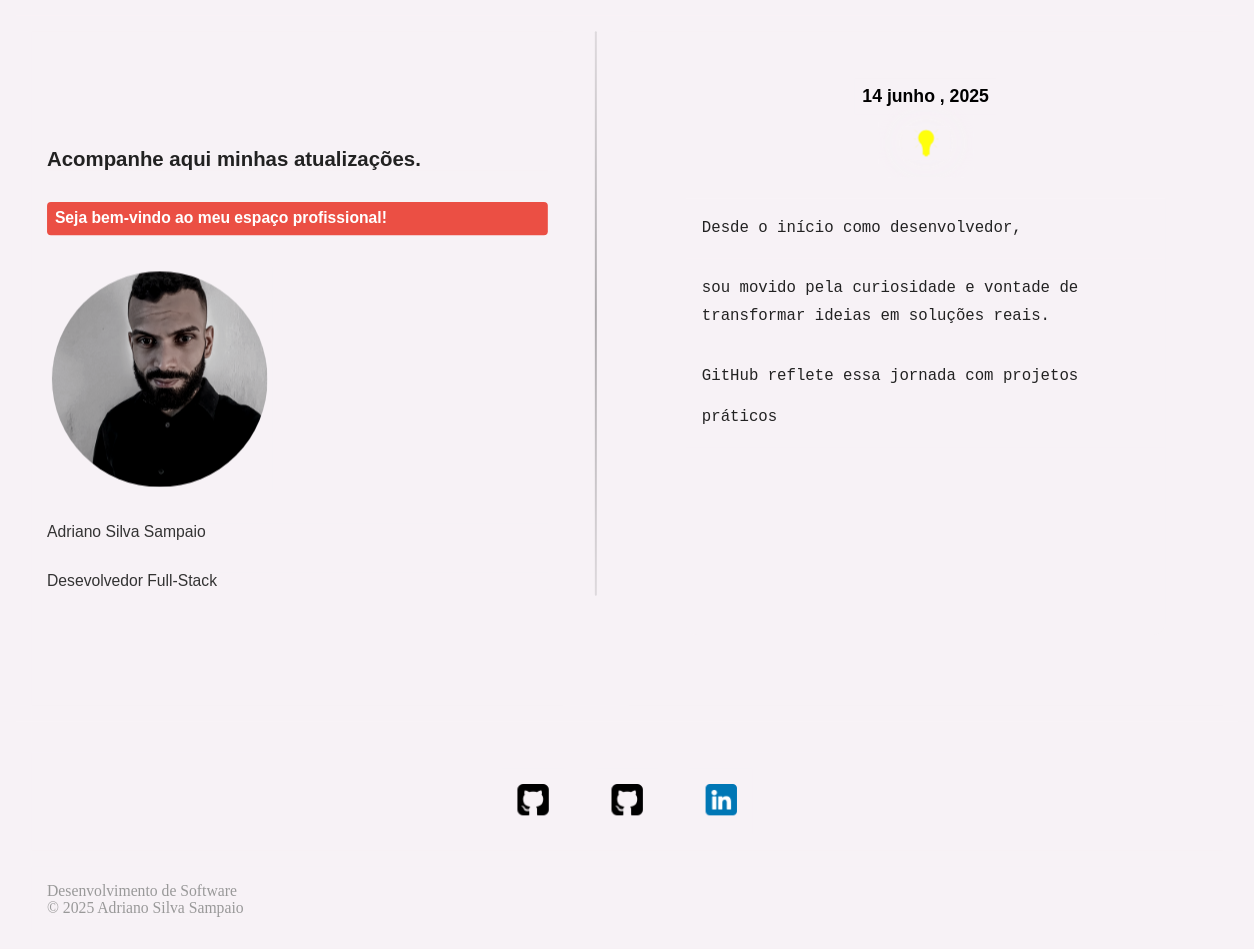
Repository: umdevadriano/portifolio2025
Page: /
The author's editor kept a copy of each file at every save. The page is drawn from the files as they stood at one save, then again after the next save.
The browser window is 1280 px wide. The pictures show the whole page, at 98% of full size.
The project was rebuilt for these pictures with package versions that can differ from the ones it lists, and the page was loaded fresh each time. Also part of the build but not shown: vite.config.ts.

Above is the page before, as saved 2025-06-29 20:47:44.

### index.html
<!doctype html>
<html lang="en">
  <head>
    <meta charset="UTF-8" />
    <!-- <link rel="icon" type="image/svg+xml" href="/vite.svg" /> -->
    <meta name="viewport" content="width=device-width, initial-scale=1.0" />
    <title>Adriano Silva Sampaio </title>
  </head>
  <body>
    <div id="root"></div>
    <script type="module" src="/src/main.tsx"></script>
  </body>
</html>

### src/App.tsx
import './App.css'
import ContainerPrincipal from './componentes/containerPrincipal/ContainerPrincipal'
function App() {
  return (
    <>
      <ContainerPrincipal/>
    </>
  )
}

export default App

### src/componentes/containerPrincipal/ContainerPrincipal.tsx
import styled, { createGlobalStyle } from 'styled-components';
import Body from '../Body/Body';
import Footer from '../Footer/Footer';
import RedesSociais from '../redesSociais/redesSociais';
import github from '../redesSociais/github.png';
import linkedin from '../redesSociais/linkedin.png';
// import ProfessionalStory from '../ProfessionalStory/ProfessionalStory';

const data = new Date();
const ano = data.getFullYear();
function ContainerPrincipal() {

  const redes = [
    { src: github, link: 'https://github.com/adrianodisam' },
    { src: github, link: 'https://github.com/umdevadriano' },
    { src: linkedin, link: 'https://www.linkedin.com/in/adriano-silva-sampaio/' }
  ];
  const GlobalStyle = createGlobalStyle`
    *, *::before, *::after {
    box-sizing: border-box;
    background-color: #f7f2f6;
    margin: 1rem;
  }

    html, body {
      margin: 0;
      padding: 0;
      overflow-x: hidden;
      width: 100%;
    }
  `;

  const Principal = styled.div`
    display: flex;
    justify-content: center;
    width: 100%;
    height: 100vh;
    font-family: 'Arial', sans-serif;
    overflow: hidden;
    margin: 0;
    padding: 0;

    @media (max-width: 768px) {
      display: flex;
      flex-direction: column;
      justify-items: center;
      justify-content: center;
      align-items: center;
    }


  `;
  return (
    <>
      <GlobalStyle />
      <Principal>
        <Body/>
      </Principal>
      <RedesSociais redes={redes}/>
      {/* <ProfessionalStory/> */}
      <Footer>Desenvolvimento de Software<br />© {ano} Adriano Silva Sampaio</Footer>
    </>
  )
}
export default ContainerPrincipal

### src/componentes/Body/Body.tsx
import Principal from '../Principal/Principal';
import Title from '../Title/Title';
import Banner from '../Banner/Banner';
import ProfileWrapper from '../ProfileWrapper/ProfileWrapper';
import Profile from '../Profile/Profile';
import Role from '../Role/Role';
import Divider from '../Divider/Divider';
import RightSide from '../RightSide/RightSide';
import DateComponente from '../DateComponente/DateComponente';
import EmDesenvolvimento from '../EmDesenvolvimentoWrapper/EmDesenvolvimentoWrapper ';
import LampadaAnimada from '../LampadaAnimada/LampadaAnimada';
const data = new Date();
const dia = String(data.getDate()).padStart(2, '0');
const mes = data.toLocaleString('pt-BR', { month: 'long' });
const ano = data.getFullYear();

function Cabecalho() {
  return (
    <>
      <Principal>
        <Title>Acompanhe aqui minhas atualizações.</Title>
        <Banner>Seja bem-vindo ao meu espaço profissional!</Banner>
        <ProfileWrapper>
          <Profile/>
        </ProfileWrapper>
        <Role> Adriano Silva Sampaio</Role>
        <Role> Desevolvedor  Full-Stack </Role>
      </Principal>
      <Divider />
      <RightSide>
        <DateComponente>{dia}  {mes} , {ano} </DateComponente>
        <LampadaAnimada/>
        <EmDesenvolvimento/>
      </RightSide>
    </>
  )
}
export default Cabecalho

### src/componentes/Footer/Footer.tsx
import styled from 'styled-components';

type Props = {
  children: React.ReactNode;
};

function Footer({ children }: Props){

    const FooterP = styled.p`
        font-size: 1rem;
        color: #999;
        /* margin-top: auto; */
    `;
    const FooterDiv = styled.div`
       display: flex;
       justify-content: left;
       align-items: center;
    `;
    return (
        <>
            <FooterDiv>
                <FooterP>{children}</FooterP>
            </FooterDiv>
        </>
    )
}

export default Footer

### src/componentes/redesSociais/redesSociais.tsx
import styled from 'styled-components';

type RedeSocial = {
  src: string;
  link: string;
};

type Props = {
  redes: RedeSocial[];
};

const RedesSociaisDiv = styled.div`
  flex: 1;
  display: flex;
  justify-content: center;
  align-items: center;
  margin-top:  2rem;

  img {
    width: 2rem;
    height: 2rem;
    object-fit: contain;
    transition: transform 0.2s;
  }

  a:hover img {
    transform: scale(1.1);
  }
`;

function RedesSociais({ redes }: Props) {
  return (
    <RedesSociaisDiv>
      {redes.map((rede, index) => (
        <a
          key={index}
          href={rede.link}
          target="_blank"
          rel="noopener noreferrer"
        >
          <img src={rede.src} alt={`Ícone ${index + 1}`} />
        </a>
      ))}
    </RedesSociaisDiv>
  );
}

export default RedesSociais;

### src/componentes/Principal/Principal.tsx
import styled from 'styled-components';

type Props = {
  children: React.ReactNode;
};

function Principal({ children }: Props){

    const Principal_div = styled.div`
        flex: 1;
        display: flex;
        flex-direction: column;
        justify-content: center;
    `;
    return (
        <>
        <Principal_div>  {children}</Principal_div>
        </>
    )
}

export default Principal

### src/componentes/Title/Title.tsx
import styled from 'styled-components';

type Props = {
  children: React.ReactNode;
};

function Title({ children }: Props){

    const TitleH2 = styled.h2`
        font-size: 1.3rem;
        margin-bottom: 1rem;
        color: #222;

        @media (max-width: 768px) {
          margin-top: 5rem;
        }
  `;
    return (
        <>
        <TitleH2>{children}</TitleH2>
        </>
    )
}

export default Title

### src/componentes/Banner/Banner.tsx
import styled from 'styled-components';

type Props = {
  children: React.ReactNode;
};

function Banner({ children }: Props){

    const BannerDiv = styled.div`
        background-color: #eb4f44;
        color: white;
        padding: 0.5rem;
        font-weight: bold;
        font-size: 16px;
        display: inline-block;
        border-radius: 4px;
    `;
    return (
        <>
        <BannerDiv>{children}</BannerDiv>
        </>
    )
}

export default Banner

### src/componentes/ProfileWrapper/ProfileWrapper.tsx
import styled from 'styled-components';

type Props = {
  children: React.ReactNode;
};

function ProfileWrapper({ children }: Props){

  // Wrapper da imagem com efeito de borda girando
  const ProfileWrapperDiv = styled.div`
    position: relative;
    width: 230px;
    height: 230px;
    display: flex;
    align-items: center;
    margin-top:1rem;
    justify-content: center;
  `;

    return (
        <>
        <ProfileWrapperDiv>{children}</ProfileWrapperDiv>
        </>
    )
}

export default ProfileWrapper

### src/componentes/Profile/Profile.tsx
import styled from 'styled-components';
import foto from '../assets/foto2.png'

function Profile(){

    const ProfileImg = styled.img`
        width: 220px;
        height: 220px;
        border-radius: 50%;
        object-fit: cover;
        background-color: white;
        z-index: 1;
        filter: grayscale(60%) contrast(110%);
        @media (max-width: 768px) {
            width: 200px;
            height: 200px;
        }
        @media (max-width: 480px) {
            width: 200px;
            height: 200px;
        }
    `;
    return (
        <>
        <ProfileImg src={foto} alt="Foto de perfil"></ProfileImg>
        </>
    )
}

export default Profile

### src/componentes/Role/Role.tsx
import styled from 'styled-components';

type Props = {
  children: React.ReactNode;
};

function Role({ children }: Props){
    const RoleP = styled.p`
        font-size: 16px;
        font-weight: 500;
        color: #333;
    `;
    return (
        <>
        <RoleP>{children}</RoleP>
        </>
    )
}
export default Role

### src/componentes/Divider/Divider.tsx
import styled from 'styled-components';

function Divider(){

    const DividerDiv = styled.div`
        width: 2px;
        height: 80%;
        background: linear-gradient(
            to bottom,
            rgba(0, 0, 0, 0.1),
            rgba(0, 0, 0, 0.3),
            rgba(0, 0, 0, 0.1)
        );
        border-radius: 1px;
        position: relative;
        overflow: hidden;
        &::after {
            content: "";
            position: absolute;
            top: 0;
            left: 0;
            width: 100%;
            height: 100%;
            background: linear-gradient(
                to bottom,
                transparent 40%,
                rgba(255, 255, 255, 0.7) 50%,
                transparent 60%
            );
                animation: shine 3.8s linear infinite;
                pointer-events: none;
         }

        @keyframes shine {
            0% {
            transform: translateY(-100%);
            }
            100% {
            transform: translateY(100%);
            }
        }
    `;
    return (
        <>
        <DividerDiv></DividerDiv>
        </>
    )
}

export default Divider

### src/componentes/RightSide/RightSide.tsx
import styled from 'styled-components';
type Props = {
  children: React.ReactNode;
};

function RightSide({ children }: Props){
    const RightSideDiv = styled.div`
        flex: 1;
        padding: 2rem;
        display: flex;
        flex-direction: column;
        justify-content: center;
        align-items: center;
    `;

    return (
        <>
        <RightSideDiv>{children}</RightSideDiv>
        </>
    )
}

export default RightSide

### src/componentes/DateComponente/DateComponente.tsx
import styled from 'styled-components';
type Props = {
  children: React.ReactNode;
};
function Date({ children }: Props){
    const DateP = styled.p`
        font-size: 18px;
        font-weight: bold;
        margin-bottom: 12px;
        padding: 0.5rem;
    `;
    return (
        <>
        <DateP>{children}</DateP>
        </>
    )
}
export default Date

### src/componentes/EmDesenvolvimentoWrapper/EmDesenvolvimentoWrapper .tsx
import  { useEffect, useState } from 'react';
import styled from 'styled-components';

const texto = `Desde o início como desenvolvedor,
 sou movido pela curiosidade e vontade de transformar ideias em soluções reais.
Meu GitHub reflete essa jornada com projetos práticos e focados em evolução contínua.
`;

const linhas = texto.split('\n').map(l => l.trim());

const Container = styled.div`
  /* background: #f4f4f4; */
  /* padding: 24px; */
  max-width: 90%;
  height: 100%;
  margin: 40px auto;
  border-radius: 12px;
  font-family: 'Courier New', Courier, monospace;
  font-size: 1rem;
  color: #222;
  line-height: 1.8;
`;

const Linha = styled.p`
  margin: 0;
  padding: 1rem;
`;

const Cursor = styled.span`
  display: inline-block;
  width: 1ch;
  border-right: 2px solid #333;
  animation: blink 0.8s steps(1) infinite;

  @keyframes blink {
    50% {
      border-color: transparent;
    }
  }
`;

export default function EmDesenvolvimento() {
  const [linhasDigitadas, setLinhasDigitadas] = useState<string[]>([]);
  const [linhaAtual, setLinhaAtual] = useState(0);
  const [palavrasDigitadas, setPalavrasDigitadas] = useState<string[]>([]);

  useEffect(() => {
    if (linhaAtual >= linhas.length) return;

    const palavras = linhas[linhaAtual].split(' ');
    let index = 0;

    const intervalo = setInterval(() => {
      setPalavrasDigitadas((prev) => [...prev, palavras[index]]);
      index++;

      if (index >= palavras.length) {
        clearInterval(intervalo);
        setTimeout(() => {
          setLinhasDigitadas((prev) => [...prev, palavras.join(' ')]);
          setPalavrasDigitadas([]);
          setLinhaAtual((prev) => prev + 1);
        }, 600); // pausa entre as linhas
      }
    }, 180); // tempo entre cada palavra

    return () => clearInterval(intervalo);
  }, [linhaAtual]);

  return (
    <Container>
      {linhasDigitadas.map((linha, i) => (
        <Linha key={i}>{linha}</Linha>
      ))}

      {linhaAtual < linhas.length && (
        <Linha>
          {palavrasDigitadas.join(' ')} <Cursor />
        </Linha>
      )}
    </Container>
  );
}

### src/componentes/LampadaAnimada/LampadaAnimada.tsx
import React from "react";
import styled, { keyframes } from "styled-components";

interface LuzProps {
  className?: string;
}

const glowAnimation = keyframes`
  0%, 100% {
    filter: url(#glow);
    opacity: 0.5;
  }
  50% {
    filter: url(#glow);
    opacity: 1;
  }
`;

const SvgLamp = styled.svg`
  width: 3rem;
  height: 3rem;
  cursor: pointer;
  display: block;
  margin: 0 auto;
  animation: ${glowAnimation} 4s ease-in-out infinite;
  background-color: #f7f2f6;

  .st0 {
   fill:#ffff00;
     stroke-width: 10;
  }
  .st1 {
     stroke: #ffff00;
    stroke-width: 10;
    fill: none;
    transition: stroke 0.3s ease;
  }
`;

const LampadaAnimada: React.FC<LuzProps> = ({ className }) => {
  return (
    <SvgLamp
      xmlns="http://www.w3.org/2000/svg"
      viewBox="0 0 1920 1920"
      className={className}
    >
      <defs>
        <filter id="glow" height="200%" width="200%" x="-50%" y="-50%">
          <feDropShadow
            dx="0"
            dy="0"
            stdDeviation="20"
            floodColor="#f7f2f6"
            floodOpacity="0.7"
          />
        </filter>
      </defs>

      <path
        className="st0"
        d="M1407.3 664.2c0 73.7-17.8 143.3-49.4 204.6-31.6 61.3-76.9 114.4-131.9 155.1 0 0-78 193.7-78 344.1H772.1c0-75.2-19.5-161.2-39-228.4-19.5-67.2-39-115.6-39-115.6-110-81.5-181.4-212.3-181.4-359.7C512.7 417.3 713 217 960 217s447.3 200.2 447.3 447.2z"
      />
      <path
        className="st0"
        d="M1057.3 1615.8v23.7c0 35-28.6 63.6-63.6 63.6h-67.5c-35 0-63.6-28.6-63.6-63.6v-23.7h194.7zm-285.2-82.6v82.6h375.4v-82.6H772.1zm0-82.6v82.6h375.3v-82.6H772.1zM960 1368H772.1v82.6h375.3V1368H960z"
      />
      <g>
        <g>
          <path
            className="st1"
            d="M1147.5 1368h.4c0-150.3 78-344.1 78-344.1 55-40.7 100.4-93.8 131.9-155.1 31.6-61.3 49.4-130.9 49.4-204.6 0-247-200.3-447.3-447.3-447.3S512.7 417.2 512.7 664.2c0 147.4 71.3 278.2 181.4 359.7 0 0 19.5 48.4 39 115.6 19.5 67.2 39 153.2 39 228.4h375.4z"
          />
          <path className="st1" d="M772.1 1368v247.8h375.4V1368" />
          <path className="st1" d="M772.1 1450.6h375.4" />
          <path className="st1" d="M772.1 1533.2h375.4" />
          <path
            className="st1"
            d="M862.7 1615.8v23.7c0 35 28.6 63.6 63.6 63.6h67.5c35 0 63.6-28.6 63.6-63.6v-23.7"
          />
          <path className="st1" d="M267.3 722.8h96" />
          <path className="st1" d="M498.3 1052.8l-160.5 160.5" />
          <path className="st1" d="M448.8 341.8L315.3 208.2" />
          <path className="st1" d="M1652.7 722.8h-96" />
          <path className="st1" d="M1421.7 1052.8l160.5 160.5" />
          <path className="st1" d="M1471.2 341.8l133.5-133.6" />
        </g>
      </g>
    </SvgLamp>
  );
};

export default LampadaAnimada;

Loaded but not shown: src/main.tsx (common file); src/App.css (no stored copy; drawn as an empty file); src/index.css (no stored copy; drawn as an empty file)

After the next save:
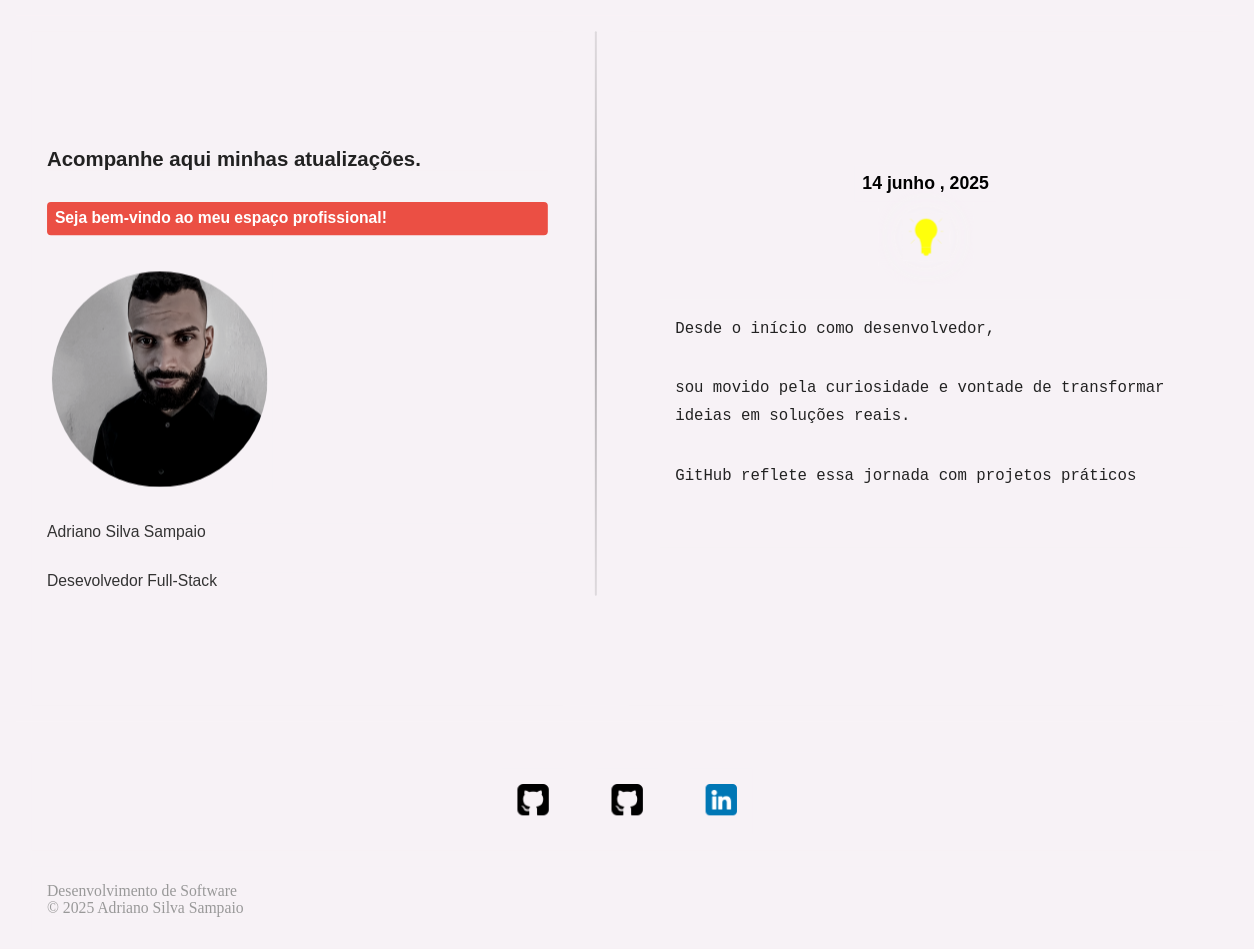
Saved 30 s later.
--- a/src/componentes/EmDesenvolvimentoWrapper/EmDesenvolvimentoWrapper .tsx
+++ b/src/componentes/EmDesenvolvimentoWrapper/EmDesenvolvimentoWrapper .tsx
@@ -11,8 +11,8 @@ const linhas = texto.split('\n').map(l => l.trim());
 const Container = styled.div`
   /* background: #f4f4f4; */
   /* padding: 24px; */
-  max-width: 90%;
-  height: 100%;
+  /* max-width: 90%;
+  height: 100%; */
   margin: 40px auto;
   border-radius: 12px;
   font-family: 'Courier New', Courier, monospace;
